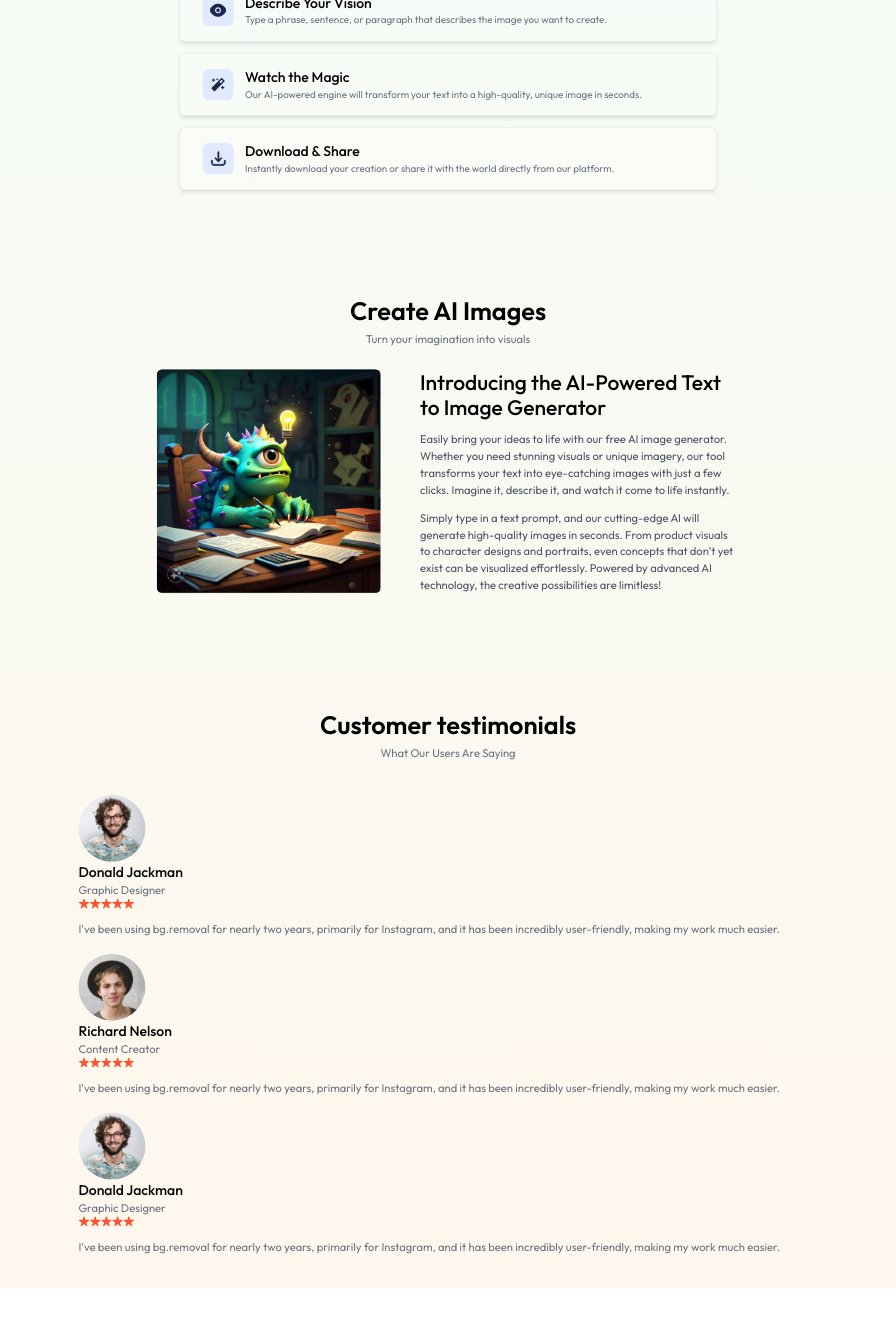
Repository: Abrammse/Abraify
Page: /
An editor plug-in stored every save of this project. The page is shown before and after the next save, followed by the edit.
The browser window is 1280 px wide. The pictures show the part of the page from y = 999 to 2919 px (the page is 2919 px tall), at 70% of full size.
The project was rebuilt for these pictures with package versions that can differ from the ones it lists, and the page was loaded fresh each time. Also part of the build but not shown: vite.config.js, src/pages/Buycredit.jsx.

Above is the page before, as saved 2024-11-25 12:07:17.

After the next save:
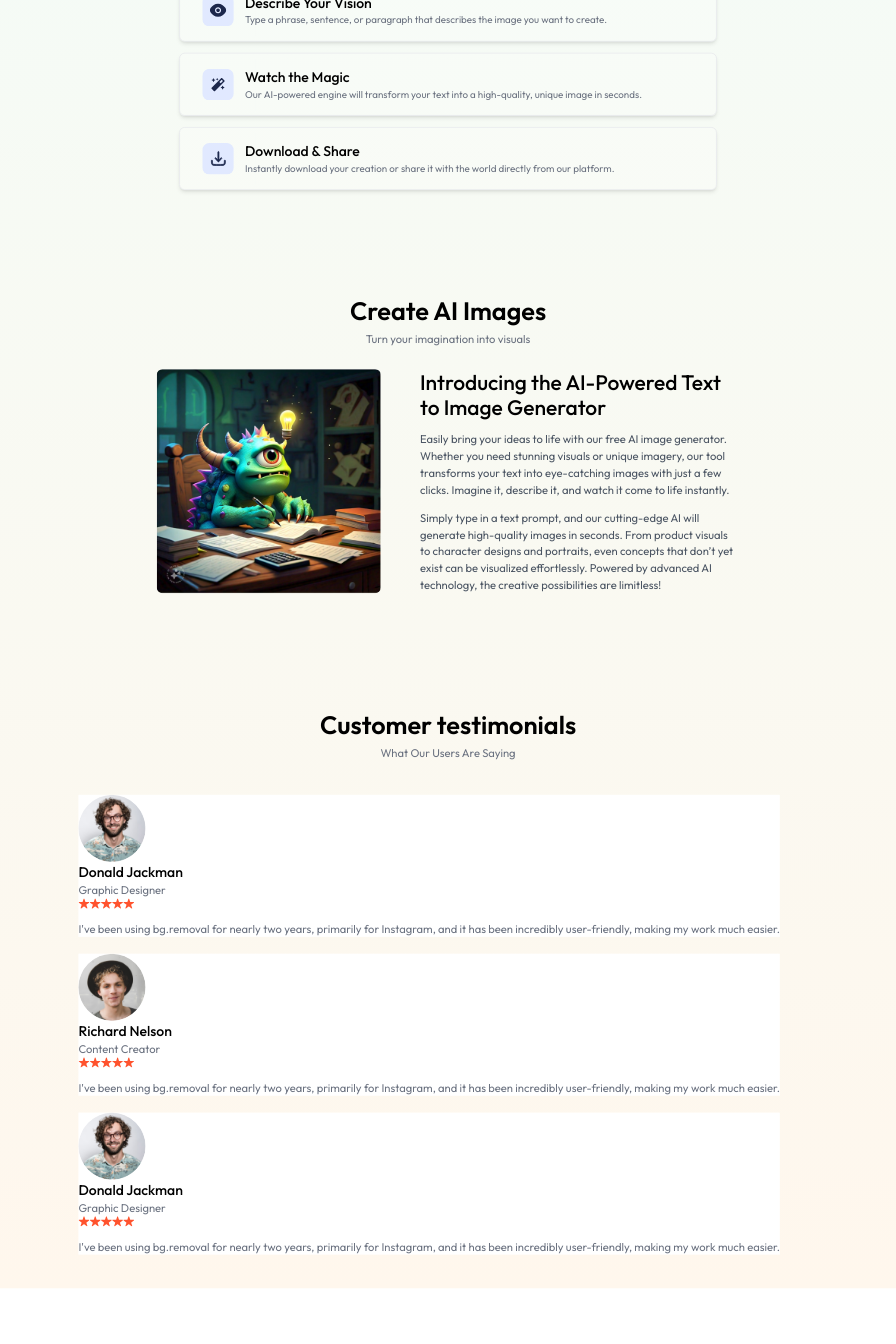
Saved 6 s later.
--- a/src/components/testimonials.jsx
+++ b/src/components/testimonials.jsx
@@ -9,7 +9,7 @@ const Testimonials = () => {
 
             <div className='flex flex-wrap gap-6 '>
         {testimonialsData.map((item,index)=>(
-            <div  key={index}  className='bg- ' >
+            <div  key={index}  className='bg-white ' >
                 <img src={item.image} alt="" className='rounded-full w-24 ' />
             <div>
                 <h2 className='text-xl  font-medium' > {item.name}</h2>
